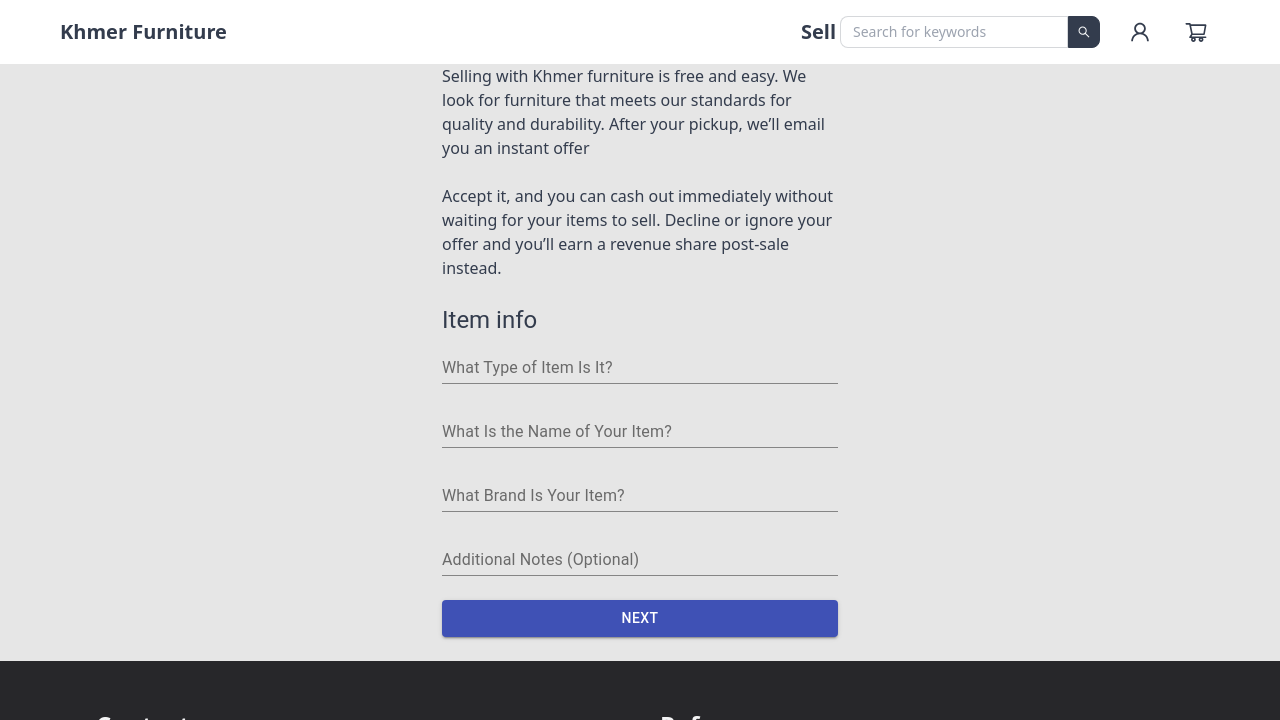
Repository: PlayerNguyen/dotot-shop
Page: /sell (app in client/)
An editor plug-in stored every save of this project. The page is shown before and after the next save, followed by the edit.
The browser window is 1280 px wide. The pictures show the whole page.
An inner scrolling area shows only its first screen. The project was rebuilt for these pictures with package versions that can differ from the ones it lists, and the page was loaded fresh each time. Also part of the build but not shown: client/src/components/NoMatch/NoMatch.jsx, client/src/components/Sell/UserDetails.js, client/src/components/Sell/Confirmation.js, client/src/components/Sell/Success.js.

Above is the page before, as saved 2022-12-06 12:39:57.

After the next save:
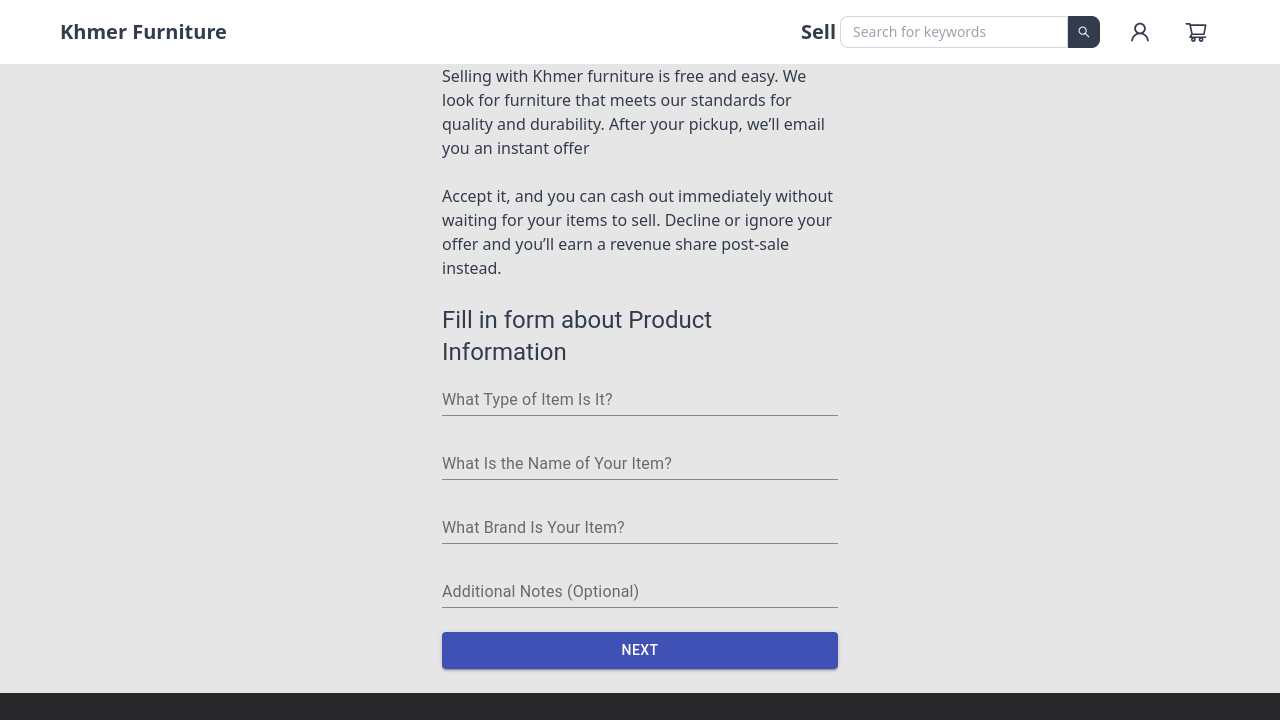
Saved 40 s later.
--- a/client/src/components/Sell/ProductDetails.js
+++ b/client/src/components/Sell/ProductDetails.js
@@ -21,7 +21,7 @@ const ProductDetails = ({ nextStep, handleChange, values }) => {
            Decline or ignore your offer and you’ll earn a revenue share post-sale instead.</div>
            <br/>
           <Typography  component="h1" variant="h5" className='content-center bold'>
-           Item info
+           Fill in form about Product Information
           </Typography>
           <form>
             <Grid container spacing={2}>
